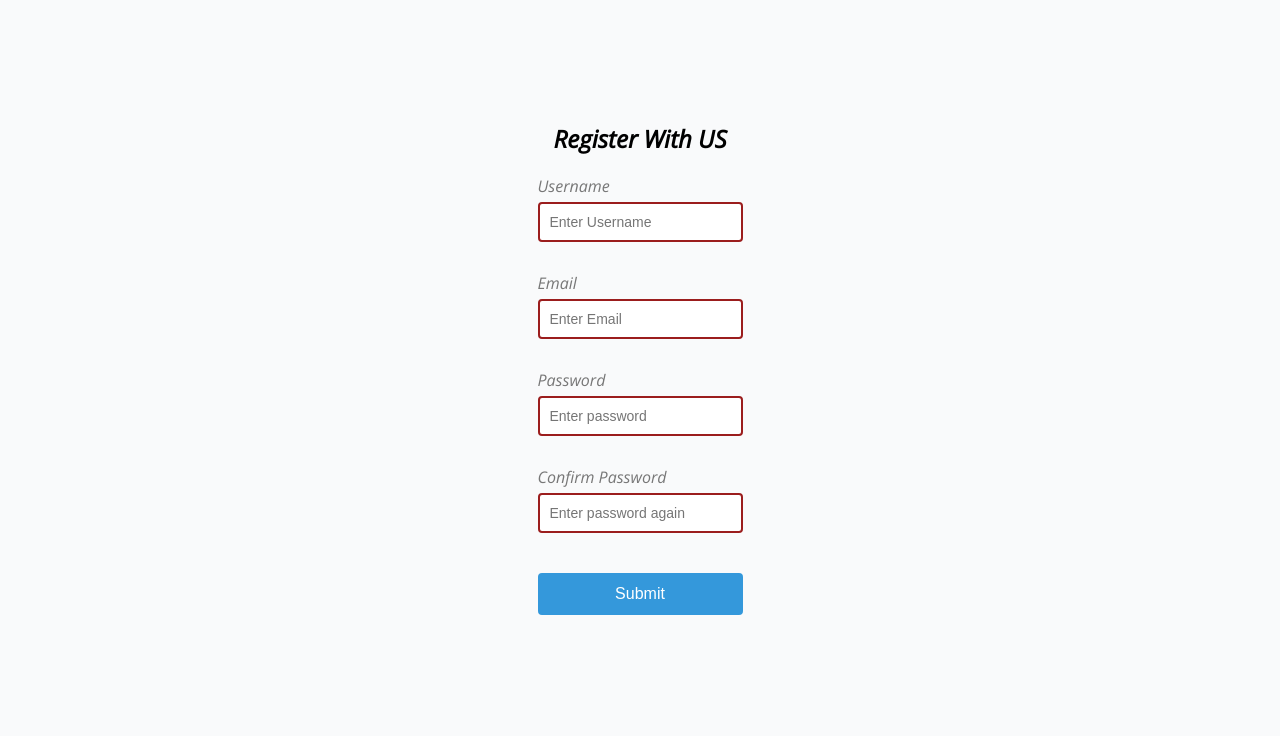
Repository: Izaya171/programming
Page: musicPlayer/index.html
The author's editor kept a copy of each file at every save. The page is drawn from the files as they stood at one save, then again after the next save.
The browser window is 1280 px wide. The pictures show the whole page.

Above is the page before, as saved 2021-09-18 12:31:12.

After the next save:
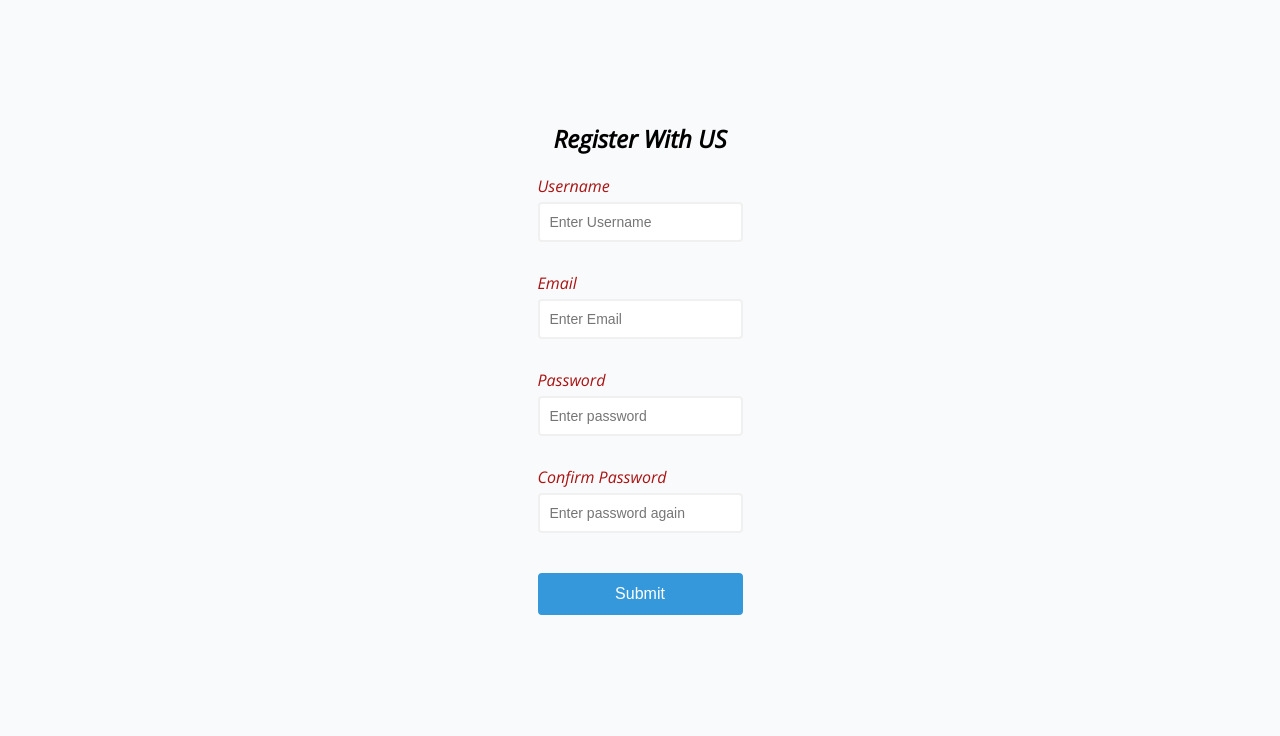
Saved 12 s later.
--- a/musicPlayer/styles.css
+++ b/musicPlayer/styles.css
@@ -40,13 +40,13 @@ h2 {
 }
 
 .form-control label {
-    color: #777;
+    color: rgb(170, 19, 19);
     display: block;
     margin-bottom: 5px;
 }
 
 .form-control input {
-    border: 2px solid #9b1d1d;
+    border: 2px solid #f0f0f0;
     border-radius: 4px;
     display: block;
     width: 100%;
